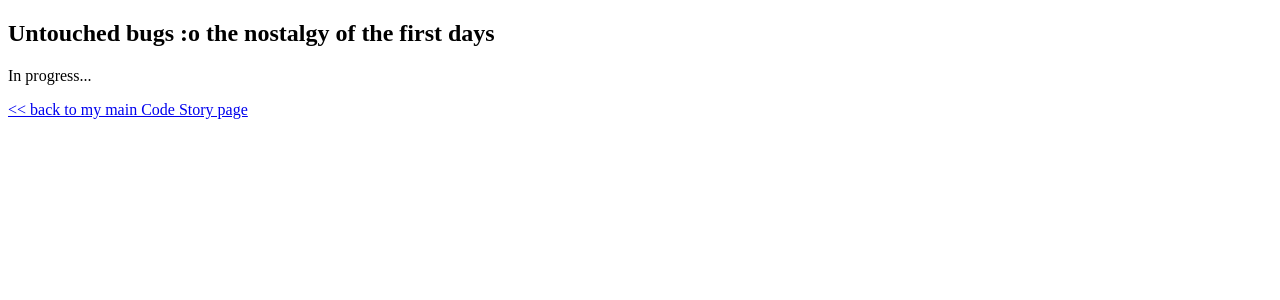
Repository: cicomsa/myCodeStory
Page: untouchedBugs.html
These files come from the project's save history. The page is drawn as it stood at one moment and after the next save; the edit follows.
The browser window is 1280 px wide. The pictures show the whole page.

Above is the page before, as saved 2018-05-28 19:31:30.

After the next save:
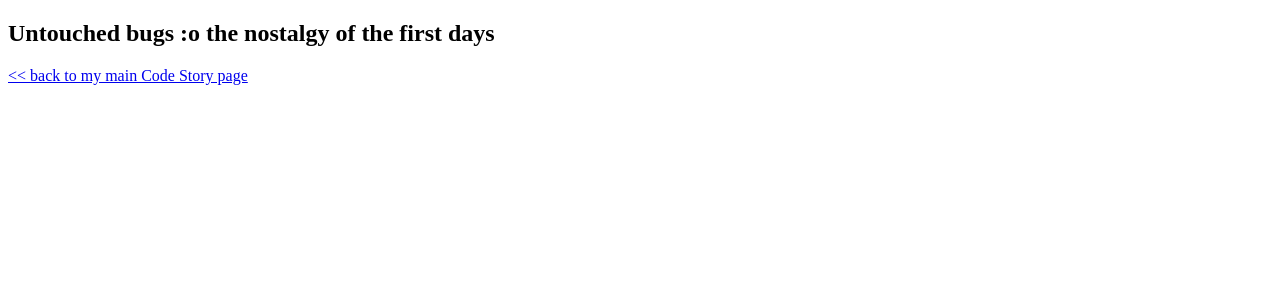
Saved 13 s later.
--- a/untouchedBugs.html
+++ b/untouchedBugs.html
@@ -9,7 +9,7 @@
     <h2>Untouched bugs :o the nostalgy of the first days</h2>
   </body>
   <footer>
-    <p>In progress...</p>
+
     <p><a href ='./myCodeStory.html'><< back to my main Code Story page</a></p>
   </footer>
 </html>

After the save that followed:
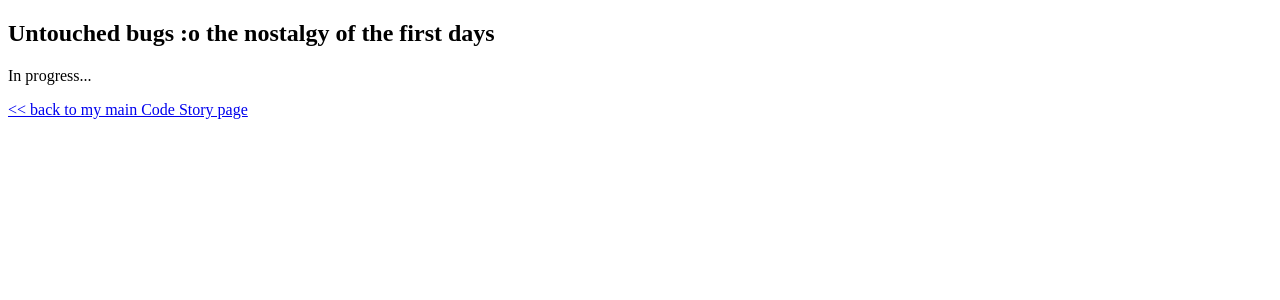
Saved 4 s later.
--- a/untouchedBugs.html
+++ b/untouchedBugs.html
@@ -7,6 +7,7 @@
   </head>
   <body>
     <h2>Untouched bugs :o the nostalgy of the first days</h2>
+    <p>In progress...</p>
   </body>
   <footer>
 
